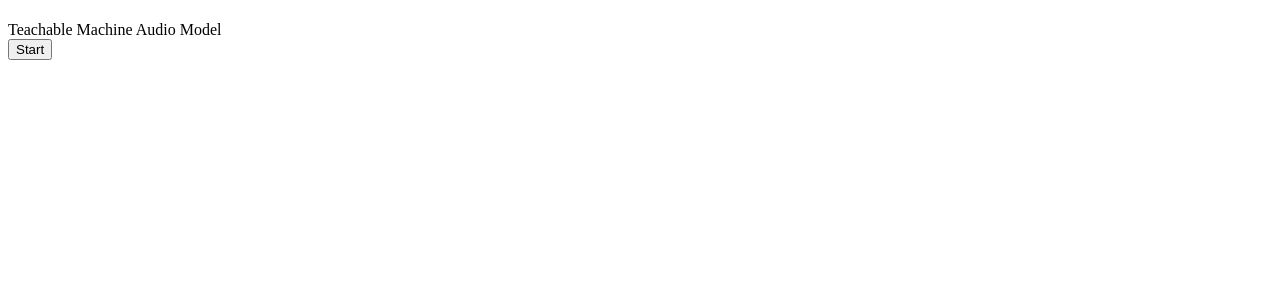
Repository: Krishna-bansall/ai-pong
Page: public/audio.html
The author's editor kept a copy of each file at every save. The page is drawn from the files as they stood at one save, then again after the next save.
The browser window is 1280 px wide. The pictures show the whole page.

Above is the page before, as saved 2023-05-26 12:47:45.

### public/audio.html
<!DOCTYPE html>
<html lang="en">
  <head>
    <meta charset="UTF-8" />
    <meta http-equiv="X-UA-Compatible" content="IE=edge" />
    <meta name="viewport" content="width=device-width, initial-scale=1.0" />
    <title>Document</title>
    <script src="https://cdn.jsdelivr.net/npm/@tensorflow/tfjs@1.3.1/dist/tf.min.js"></script>
    <script src="https://cdn.jsdelivr.net/npm/@tensorflow-models/speech-commands@0.4.0/dist/speech-commands.min.js"></script>
  </head>

  <body>
    <h1 id="load">Loading Everything ...</h1>
    <div>Teachable Machine Audio Model</div>
    <button type="button" onclick="init()">Start</button>
    <div id="label-container"></div>

    <script type="text/javascript">
      const loadContainer = document.getElementById("load");
      load.innerHTML = "";

      // more documentation available at
      // https://github.com/tensorflow/tfjs-models/tree/master/speech-commands

      // the link to your model provided by Teachable Machine export panel
      const URL = "https://teachablemachine.withgoogle.com/models/MO66fbMrO/";

      async function createModel() {
        const checkpointURL = URL + "model.json"; // model topology
        const metadataURL = URL + "metadata.json"; // model metadata

        const recognizer = speechCommands.create(
          "BROWSER_FFT", // fourier transform type, not useful to change
          undefined, // speech commands vocabulary feature, not useful for your models
          checkpointURL,
          metadataURL
        );

        console.log(recognizer);
        // check that model and metadata are loaded via HTTPS requests.
        await recognizer.ensureModelLoaded();

        return recognizer;
      }

      async function init() {
        const recognizer = await createModel();
        const classLabels = recognizer.wordLabels(); // get class labels
        const labelContainer = document.getElementById("label-container");
        for (let i = 0; i < classLabels.length; i++) {
          labelContainer.appendChild(document.createElement("div"));
        }

        let scores;
        // listen() takes two arguments:
        // 1. A callback function that is invoked anytime a word is recognized.
        // 2. A configuration object with adjustable fields
        recognizer.listen(
          (result) => {
            scores = result.scores; // probability of prediction for each class
            console.log(scores);
            // render the probability scores per class
          },
          {
            includeSpectrogram: true, // in case listen should return result.spectrogram
            probabilityThreshold: 0.75,
            invokeCallbackOnNoiseAndUnknown: true,
            overlapFactor: 0.5, // probably want between 0.5 and 0.75. More info in README
          }
        );

        // setTimeout(() => recognizer.stopListening(), 5000);
      }
    </script>
  </body>
</html>

### public/audio.js
import * as tf from "@tensorflow/tfjs";
import * as speechCommands from "@tensorflow-models/speech-commands";

After the next save:
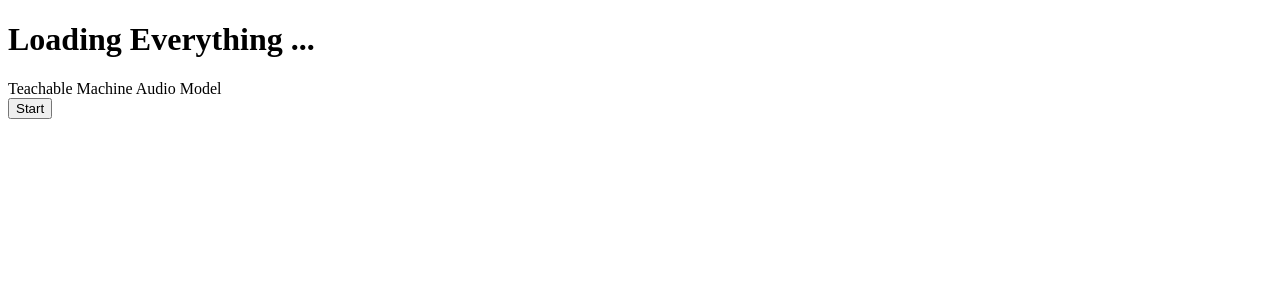
Console error: ReferenceError: tf is not defined
Saved 6 h 31 min later.
--- a/public/audio.html
+++ b/public/audio.html
@@ -5,8 +5,6 @@
     <meta http-equiv="X-UA-Compatible" content="IE=edge" />
     <meta name="viewport" content="width=device-width, initial-scale=1.0" />
     <title>Document</title>
-    <script src="https://cdn.jsdelivr.net/npm/@tensorflow/tfjs@1.3.1/dist/tf.min.js"></script>
-    <script src="https://cdn.jsdelivr.net/npm/@tensorflow-models/speech-commands@0.4.0/dist/speech-commands.min.js"></script>
   </head>
 
   <body>
@@ -15,62 +13,85 @@
     <button type="button" onclick="init()">Start</button>
     <div id="label-container"></div>
 
+    <script src="./audio.js" type="module"></script>
     <script type="text/javascript">
-      const loadContainer = document.getElementById("load");
-      load.innerHTML = "";
+      tf.ready().then(function () {
+        const loadContainer = document.getElementById("load");
+        load.innerHTML = "";
 
-      // more documentation available at
-      // https://github.com/tensorflow/tfjs-models/tree/master/speech-commands
+        // more documentation available at
+        // https://github.com/tensorflow/tfjs-models/tree/master/speech-commands
 
-      // the link to your model provided by Teachable Machine export panel
-      const URL = "https://teachablemachine.withgoogle.com/models/MO66fbMrO/";
+        // the link to your model provided by Teachable Machine export panel
+        const URL = "https://teachablemachine.withgoogle.com/models/MO66fbMrO/";
 
-      async function createModel() {
-        const checkpointURL = URL + "model.json"; // model topology
-        const metadataURL = URL + "metadata.json"; // model metadata
-
-        const recognizer = speechCommands.create(
-          "BROWSER_FFT", // fourier transform type, not useful to change
-          undefined, // speech commands vocabulary feature, not useful for your models
-          checkpointURL,
-          metadataURL
-        );
-
-        console.log(recognizer);
-        // check that model and metadata are loaded via HTTPS requests.
-        await recognizer.ensureModelLoaded();
-
-        return recognizer;
-      }
-
-      async function init() {
-        const recognizer = await createModel();
-        const classLabels = recognizer.wordLabels(); // get class labels
-        const labelContainer = document.getElementById("label-container");
-        for (let i = 0; i < classLabels.length; i++) {
-          labelContainer.appendChild(document.createElement("div"));
+        if (navigator.mediaDevices && navigator.mediaDevices.getUserMedia) {
+          // Request access to the microphone
+          navigator.mediaDevices
+            .getUserMedia({ audio: true })
+            .then(function (stream) {
+              // Microphone access granted
+              // You can now use the stream object to process the audio data
+              console.log("Microphone access granted");
+            })
+            .catch(function (error) {
+              // Microphone access denied or error occurred
+              console.error("Error accessing microphone:", error);
+            });
+        } else {
+          console.error("getUserMedia not supported in this browser");
         }
 
-        let scores;
-        // listen() takes two arguments:
-        // 1. A callback function that is invoked anytime a word is recognized.
-        // 2. A configuration object with adjustable fields
-        recognizer.listen(
-          (result) => {
-            scores = result.scores; // probability of prediction for each class
-            console.log(scores);
-            // render the probability scores per class
-          },
-          {
-            includeSpectrogram: true, // in case listen should return result.spectrogram
-            probabilityThreshold: 0.75,
-            invokeCallbackOnNoiseAndUnknown: true,
-            overlapFactor: 0.5, // probably want between 0.5 and 0.75. More info in README
+        async function createModel() {
+          const checkpointURL = URL + "model.json"; // model topology
+          const metadataURL = URL + "metadata.json"; // model metadata
+
+          const recognizer = speechCommands.create(
+            "BROWSER_FFT", // fourier transform type, not useful to change
+            undefined, // speech commands vocabulary feature, not useful for your models
+            checkpointURL,
+            metadataURL
+          );
+
+          // check that model and metadata are loaded via HTTPS requests.
+          await recognizer.ensureModelLoaded();
+
+          return recognizer;
+        }
+
+        async function init() {
+          const recognizer = await createModel();
+          const classLabels = recognizer.wordLabels(); // get class labels
+          const labelContainer = document.getElementById("label-container");
+          for (let i = 0; i < classLabels.length; i++) {
+            labelContainer.appendChild(document.createElement("div"));
           }
-        );
 
-        // setTimeout(() => recognizer.stopListening(), 5000);
-      }
+          // listen() takes two arguments:
+          // 1. A callback function that is invoked anytime a word is recognized.
+          // 2. A configuration object with adjustable fields
+          recognizer.listen(
+            (result) => {
+              const scores = result.scores; // probability of prediction for each class
+              // render the probability scores per class
+              for (let i = 0; i < classLabels.length; i++) {
+                const classPrediction =
+                  classLabels[i] + ": " + result.scores[i].toFixed(2);
+                labelContainer.childNodes[i].innerHTML = classPrediction;
+              }
+            },
+            {
+              includeSpectrogram: true, // in case listen should return result.spectrogram
+              probabilityThreshold: 0.75,
+              invokeCallbackOnNoiseAndUnknown: true,
+              overlapFactor: 0.5, // probably want between 0.5 and 0.75. More info in README
+            }
+          );
+
+          // Stop the recognition in 5 seconds.
+          // setTimeout(() => recognizer.stopListening(), 5000);
+        }
+      });
     </script>
   </body>
 </html>
